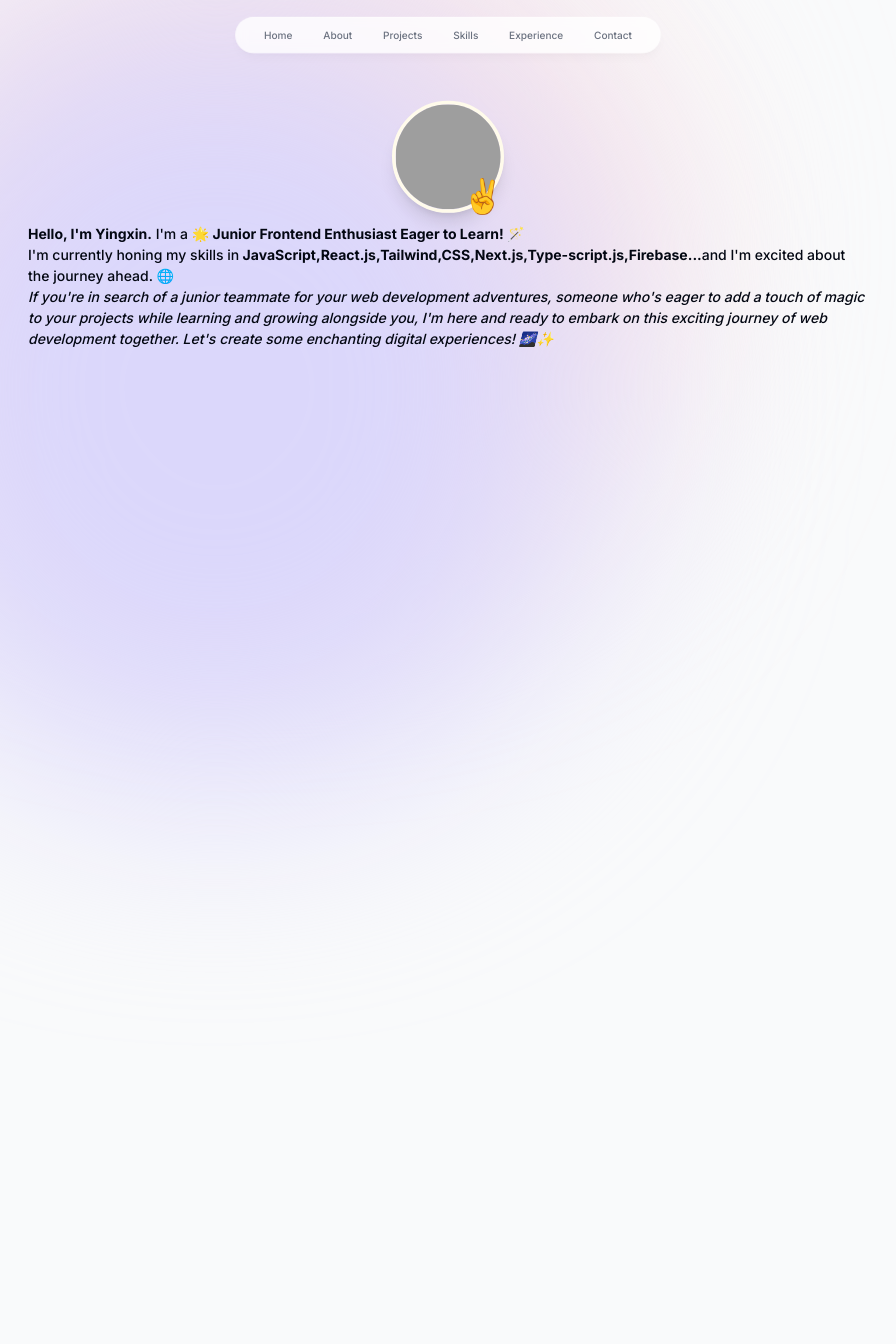
Repository: Tracy-maker/portfolio_website
Page: /
The author's editor kept a copy of each file at every save. The page is drawn from the files as they stood at one save, then again after a run of saves.
The browser window is 1280 px wide. The pictures show the part of the page from y = 0 to 1920 px (the page is 5000 px tall), at 70% of full size.
Pictures or frames that could not be fetched are drawn as grey boxes. The project was rebuilt for these pictures with package versions that can differ from the ones it lists, and the page was loaded fresh each time. The framework's server and built-in components were replaced by stand-ins that run in the browser. Also part of the build but not shown: next.config.js.

Above is the page before, as saved 2023-10-02 18:06:42.

### app/layout.tsx
import Header from "@/components/header";
import "./globals.css";
import type { Metadata } from "next";
import { Inter } from "next/font/google";

const inter = Inter({ subsets: ["latin"] });

export const metadata: Metadata = {
  title: "Yingxin_Zhang | Portfolio",
  description: "Yingxin_Zhang is a front-end developer",
};

export default function RootLayout({
  children,
}: {
  children: React.ReactNode;
}) {
  return (
    <html lang="en">
      <body
        className={`${inter.className} bg-gray-50 text-gray-950 relative h-[5000px] pt-28 sm:pt-36`}
      >
        <div className="bg-[#fbe2e3] absolute top-[-6rem] -z-10 right-[21rem] h-[56.25rem] w-[31.25rem] rounded-full blur-[10rem] sm:w-[68.75rem]"></div>
        <div className="bg-[#dbd7fb] absolute top-[-1rem] -z-10 left-[-45rem] h-[71.25rem] w-[-30rem] rounded-full blur-[10rem] sm:w-[68.75rem] md:left-[-33rem] lg:left-[-28rem] xl:left-[-15rem] 2xl:left-[-5rem]"></div>
        <Header />
        {children}
      </body>
    </html>
  );
}

### app/page.tsx
import Intro from "@/components/intro";
import Image from "next/image";

export default function Home() {
  return (
    <main className="">
      <Intro />
    </main>
  );
}

### components/header.tsx
"use client";
import { motion } from "framer-motion";
import { links } from "@/lib/data";
import Link from "next/link";

export default function Header() {
  return (
    <header className="z-[999] relative">
      <motion.div
        className="fixed top-0 left-1/2 h-[4.5rem] w-full
        rounded-none border border-white border-opacity-40
        bg-white bg-opacity-80 shadow-lg shadow-black/[0.03]
        backdrop-blur-[0.5rem] sm:top-6 sm:h-[3.25rem] sm:w-[38rem] sm:rounded-full"
        initial={{ y: -100, x: "-50%", opacity: 0 }}
        animate={{ y: 0, x: "-50%", opacity: 1 }}
      ></motion.div>

      <nav className="flex fixed top-[0.15rem] left-1/2 h-12 -translate-x-1/2 py-2 sm:top-[1.7rem] sm:h-[initial] sm:py-0">
        <ul className="flex w-[22rem] flex-wrap items-center justify-center gap-y-1 text-[0.9rem] font-medium text-gray-500 sm:w-[initial] sm:flex-nowrap sm:gap-5">
          {links.map((link) => (
            <motion.li
              className="h-3/4 flex items-center justify-center relative"
              key={link.hash}
              initial={{ y: -100, opacity: 0 }}
              animate={{ y: 0, opacity: 1 }}
            >
              <Link
                className="flex w-full items-center justify-center px-3 py-3 hover:text-gray-950 transition"
                href={link.hash}
              >
                {link.name}
              </Link>
            </motion.li>
          ))}
        </ul>
      </nav>
    </header>
  );
}

### components/intro.tsx
"use client";

import Image from "next/image";
import React from "react";
import { motion } from "framer-motion";

export default function Intro() {
  return (
    <section>
      <div className="flex items-center justify-center">
        <div className="relative">
          <motion.div
            initial={{ opacity: 0, scale: 0 }}
            animate={{ opacity: 1, scale: 1 }}
            transition={{
              type: "tween",
              duration: 0.2,
            }}
          >
            <Image
              src="https://i.ibb.co/MRHHtS5/Wechat-IMG7.jpg"
              alt="Personal image"
              width="300"
              height="300"
              quality="90"
              priority={true}
              className="h-40 w-40 rounded-full object-cover border-[0.35rem] border-amber-50 shadow-xl"
            />
          </motion.div>

          <motion.span
            className="absolute bottom-0 right-0 text-5xl"
            initial={{ opacity: 0, scale: 0 }}
            animate={{ opacity: 1, scale: 1 }}
            transition={{
              type: "spring",
              stiffness: 125,
              delay: 0.1,
              duration: 0.7,
            }}
          >
            ✌️
          </motion.span>
        </div>
      </div>
      <motion.h6
        className="mb-10 mt-4 px-10 text-l font-medium !leading-[1.5] sm:text-xl"
        initial={{ opacity: 0, y: 100 }}
        animate={{ opacity: 1, y: 0 }}
      >
        <span className="font-bold">Hello, I'm Yingxin.</span> I'm a{" "}
        <span className="font-bold">
          🌟 Junior Frontend Enthusiast Eager to Learn! 🪄
        </span>
        <br />
        I'm currently honing my skills in
        <span className="font-bold">
          {""}{" "}
          JavaScript,React.js,Tailwind,CSS,Next.js,Type-script.js,Firebase...
        </span>
        and I'm excited about the journey ahead. 🌐
        <br />
        <span className="italic">
          If you're in search of a junior teammate for your web development
          adventures, someone who's eager to add a touch of magic to your
          projects while learning and growing alongside you, I'm here and ready
          to embark on this exciting journey of web development together. Let's
          create some enchanting digital experiences! 🌌✨
        </span>
      </motion.h6>
    </section>
  );
}

### lib/data.ts
import React from "react";
import { CgWorkAlt } from "react-icons/cg";
import { FaReact } from "react-icons/fa";
import { LuGraduationCap } from "react-icons/lu";
import p1Img from "@/public/p1.png";
import p2Img from "@/public/p2.png";
import p3Img from "@/public/p3.png";

export const links = [
  {
    name: "Home",
    hash: "#home",
  },
  {
    name: "About",
    hash: "#about",
  },
  {
    name: "Projects",
    hash: "#projects",
  },
  {
    name: "Skills",
    hash: "#skills",
  },
  {
    name: "Experience",
    hash: "#experience",
  },
  {
    name: "Contact",
    hash: "#contact",
  },
] as const;

export const experiencesData = [
  {
    title: "Graduated bootcamp",
    location: "Miami, FL",
    description:
      "I graduated after 6 months of studying. I immediately found a job as a front-end developer.",
    icon: React.createElement(LuGraduationCap),
    date: "2019",
  },
  {
    title: "Front-End Developer",
    location: "Orlando, FL",
    description:
      "I worked as a front-end developer for 2 years in 1 job and 1 year in another job. I also upskilled to the full stack.",
    icon: React.createElement(CgWorkAlt),
    date: "2019 - 2021",
  },
  {
    title: "Full-Stack Developer",
    location: "Houston, TX",
    description:
      "I'm now a full-stack developer working as a freelancer. My stack includes React, Next.js, TypeScript, Tailwind, Prisma and MongoDB. I'm open to full-time opportunities.",
    icon: React.createElement(FaReact),
    date: "2021 - present",
  },
] as const;

export const projectsData = [
  {
    title: "CorpComment",
    description:
      "I worked as a full-stack developer on this startup project for 2 years. Users can give public feedback to companies.",
    tags: ["React", "Next.js", "MongoDB", "Tailwind", "Prisma"],
    imageUrl: p1Img,
  },
  {
    title: "rmtDev",
    description:
      "Job board for remote developer jobs. I was the front-end developer. It has features like filtering, sorting and pagination.",
    tags: ["React", "TypeScript", "Next.js", "Tailwind", "Redux"],
    imageUrl: p2Img,
  },
  {
    title: "Word Analytics",
    description:
      "A public web app for quick analytics on text. It shows word count, character count and social media post limits.",
    tags: ["React", "Next.js", "SQL", "Tailwind", "Framer"],
    imageUrl: p3Img,
  },
] as const;

export const skillsData = [
  "HTML",
  "CSS",
  "JavaScript",
  "TypeScript",
  "React",
  "Next.js",
  "Git",
  "MUI-material",
  "Tailwind",
  "REST-API",
  "PostgreSQL",
  "Framer Motion",
] as const;

Loaded but not shown: app/globals.css (common file); tailwind.config.ts (common file)

After the next 2 saves:
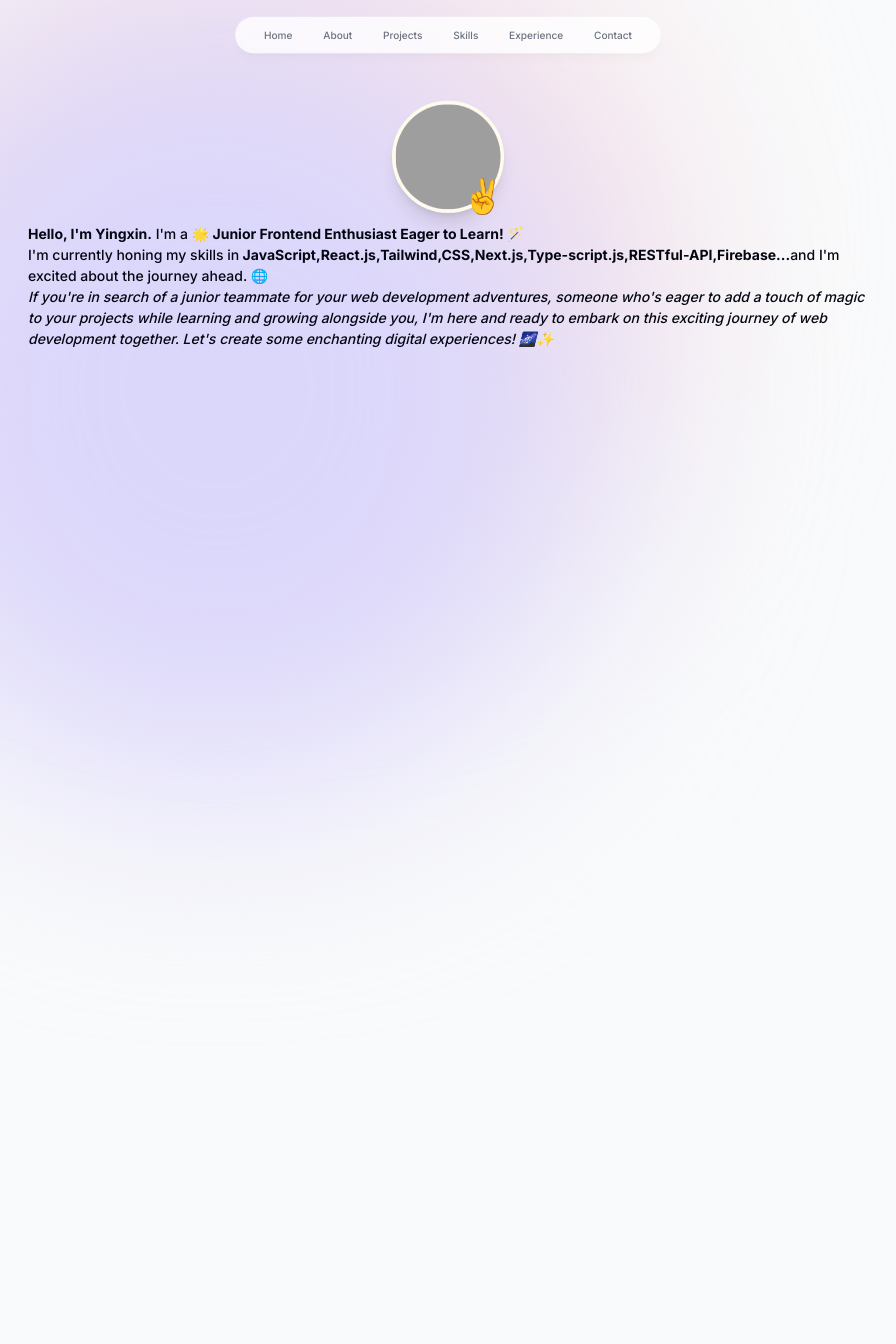
The 2 saves are shown as one change because they came seconds apart.
The last was saved 28 s later.
--- a/components/intro.tsx
+++ b/components/intro.tsx
@@ -56,7 +56,7 @@ export default function Intro() {
         I'm currently honing my skills in
         <span className="font-bold">
           {""}{" "}
-          JavaScript,React.js,Tailwind,CSS,Next.js,Type-script.js,Firebase...
+          JavaScript,React.js,Tailwind,CSS,Next.js,Type-script.js,RESTful-API,Firebase...
         </span>
         and I'm excited about the journey ahead. 🌐
         <br />
